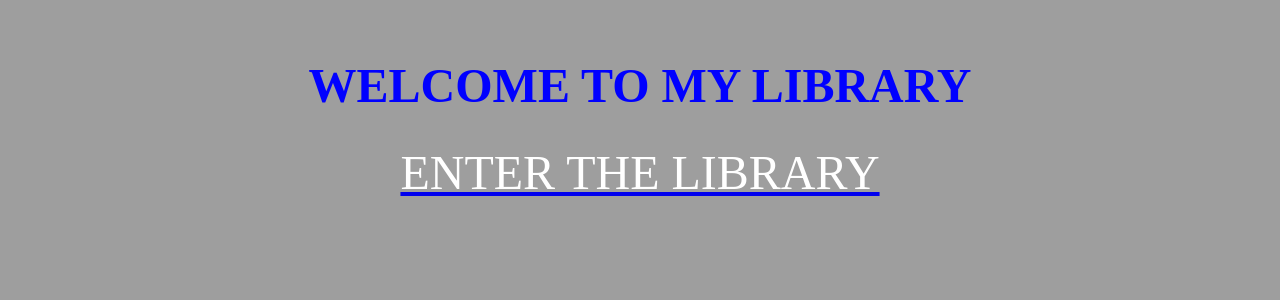
Repository: subhamsourabh265/LibManagementSystemJ2EE-
Page: library/WebContent/mylib.html
An editor plug-in stored every save of this project. The page is shown before and after the next save, followed by the edit.
The browser window is 1280 px wide. The pictures show the whole page.

Above is the page before, as saved 2015-07-02 13:00:14.

### library/WebContent/mylib.html
<!DOCTYPE html>
<html>
<head>
<meta charset="ISO-8859-1">
<title>LIBRARY</title>
<mid>
</head>
<font color="blue">
<body background="F:\IMAGES\wallpaper\rain_drops_wallpaper_plants_nature_wallpaper_1920_1440_1663.jpg"><br>
<font size = 5>
<h1 align = center>	WELCOME TO MY LIBRARY</h1></font>
<font size=10><a  href =  "mylogin.html" ><p style= "text-align:center"> <font color="white">ENTER  THE  LIBRARY</a></font>
</font>
</mid>
</body>
</html>

After the next save:
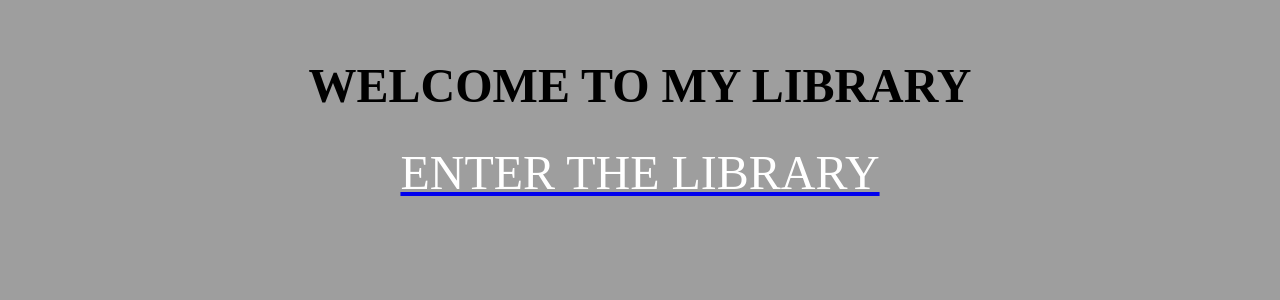
Saved 4 days later.
--- a/library/WebContent/mylib.html
+++ b/library/WebContent/mylib.html
@@ -3,14 +3,12 @@
 <head>
 <meta charset="ISO-8859-1">
 <title>LIBRARY</title>
-<mid>
 </head>
-<font color="blue">
 <body background="F:\IMAGES\wallpaper\rain_drops_wallpaper_plants_nature_wallpaper_1920_1440_1663.jpg"><br>
 <font size = 5>
-<h1 align = center>	WELCOME TO MY LIBRARY</h1></font>
+<h1 align = center>	WELCOME TO MY LIBRARY</h1>
+</font>
 <font size=10><a  href =  "mylogin.html" ><p style= "text-align:center"> <font color="white">ENTER  THE  LIBRARY</a></font>
 </font>
-</mid>
 </body>
 </html>
